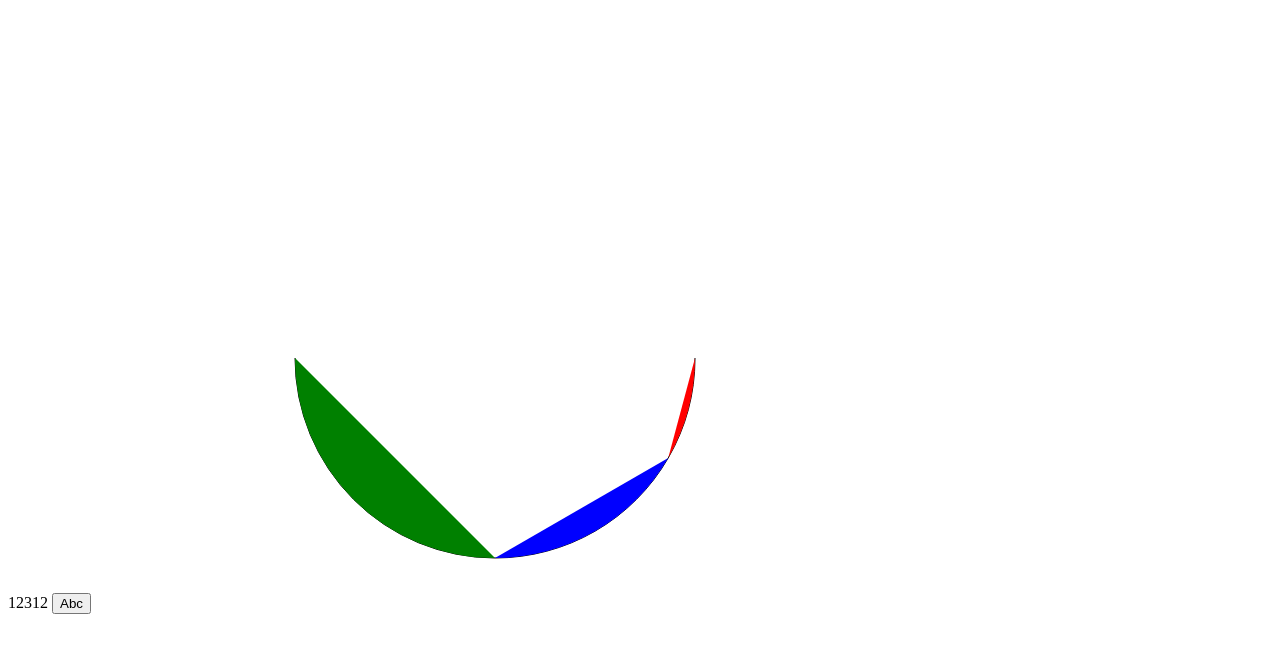
Repository: ycdtc/movie
Page: aaa/WebContent/index.html
These files come from the project's save history. The page is drawn as it stood at one moment and after the next save; the edit follows.
The browser window is 1280 px wide. The pictures show the whole page.
After loading, the first visible `#abc` was clicked once.

Above is the page before, as saved 2017-06-20 07:21:36.

### aaa/WebContent/index.html
                                                                                                                                                                                                                                                                                                                                                                                                                                                                                                                                                                                                                                                                                                                                                                                                                                                                                                                                                                                                                                                                                                                                                                                                                                                                                                                                                                                                                                                                                                                                                                                                                                                                                                                                                                                                                                                                                                                                                                                                                                                                                                                                                                                                                                                                                                                                                                                                                                                                                                                               <!DOCTYPE html><html>
<head>
<meta charset="UTF-8">
<script type="text/javascript" src="javascript/jquery.min.js"></script>
<script type="text/javascript" src="javascript/base.js"></script>
<title>Insert title here</title>
</head>
<body>
12312
<button id="abc">Abc</button>
<canvas id="can1" height="600" width="800"></canvas>
</body>
<script>
	$("#abc").click(function(e){
		//location.href = "hr.html?id=123"
		drawPie("can1",[10,20,30],["abc","123","666"]);
	});


</script>
</html>

### aaa/WebContent/javascript/base.js
/**
 *
 */
function getRequest() {
	var url = location.search;
	var paras = url.substr(1).split("&");
	var res = new Object();
	for(var i=0;i<paras.length;i++){
		res[paras[i].split("=")[0]] = paras[i].split("=")[1];
	}
	return res;
}

function drawPie(chart,value,name){
	var can = document.getElementById(chart);
	var ctx = can.getContext("2d");
	var start = 0;
	var end = 0;
	ctx.translate(400,350);
	var sum = 0;
	for(var i=0;i<value.length;i++){
		sum += value[i];
	}
	var colors = ["red","blue","green","black"];
	for(var i=0;i<value.length;i++){
		start = end;
		end += value[i]/sum * Math.PI;
		ctx.fillStyle = colors[i];
		ctx.beginPath();
		//ctx.moveTo(0,0);
		ctx.arc(0,0,200,start,end);
		//ctx.lineTo(0,0);
		ctx.stroke();
		ctx.fill();
	}

	for(var i=0;i<value.length;i++){

	}
}

Loaded but not shown: aaa/WebContent/javascript/jquery.min.js (library)

After the next save:
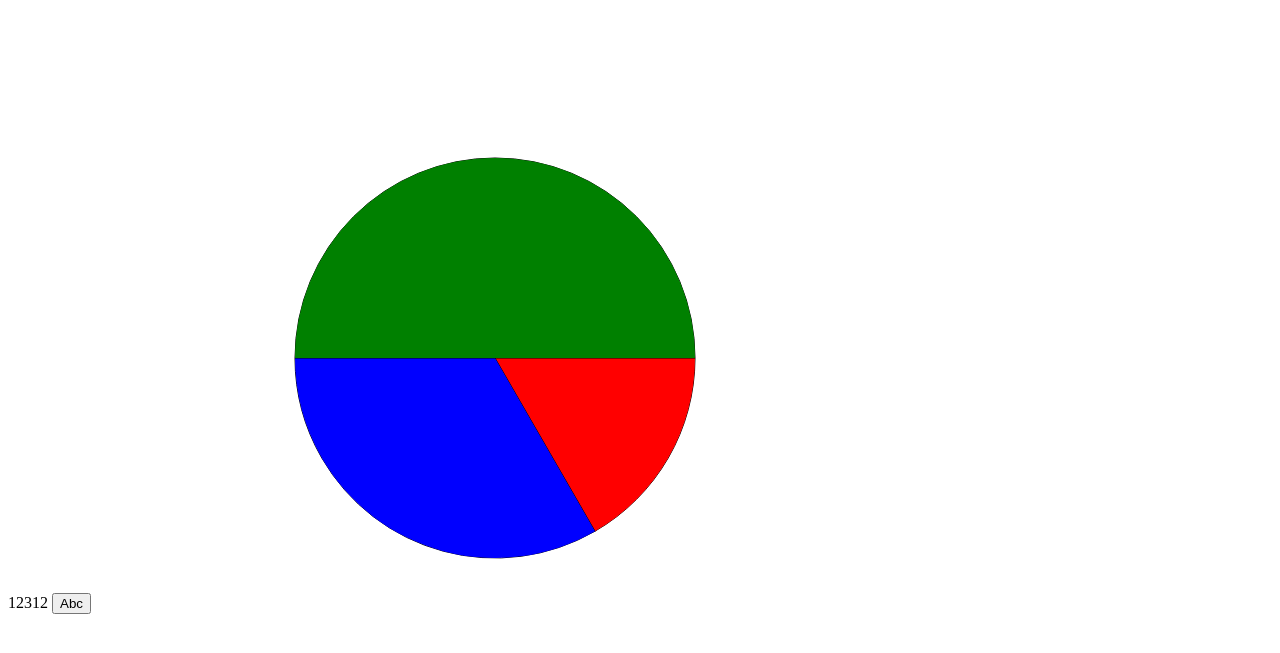
Saved 60 s later.
--- a/aaa/WebContent/javascript/base.js
+++ b/aaa/WebContent/javascript/base.js
@@ -24,12 +24,12 @@ function drawPie(chart,value,name){
 	var colors = ["red","blue","green","black"];
 	for(var i=0;i<value.length;i++){
 		start = end;
-		end += value[i]/sum * Math.PI;
+		end += value[i]/sum * 2 * Math.PI;
 		ctx.fillStyle = colors[i];
 		ctx.beginPath();
-		//ctx.moveTo(0,0);
+		ctx.moveTo(0,0);
 		ctx.arc(0,0,200,start,end);
-		//ctx.lineTo(0,0);
+		ctx.lineTo(0,0);
 		ctx.stroke();
 		ctx.fill();
 	}
